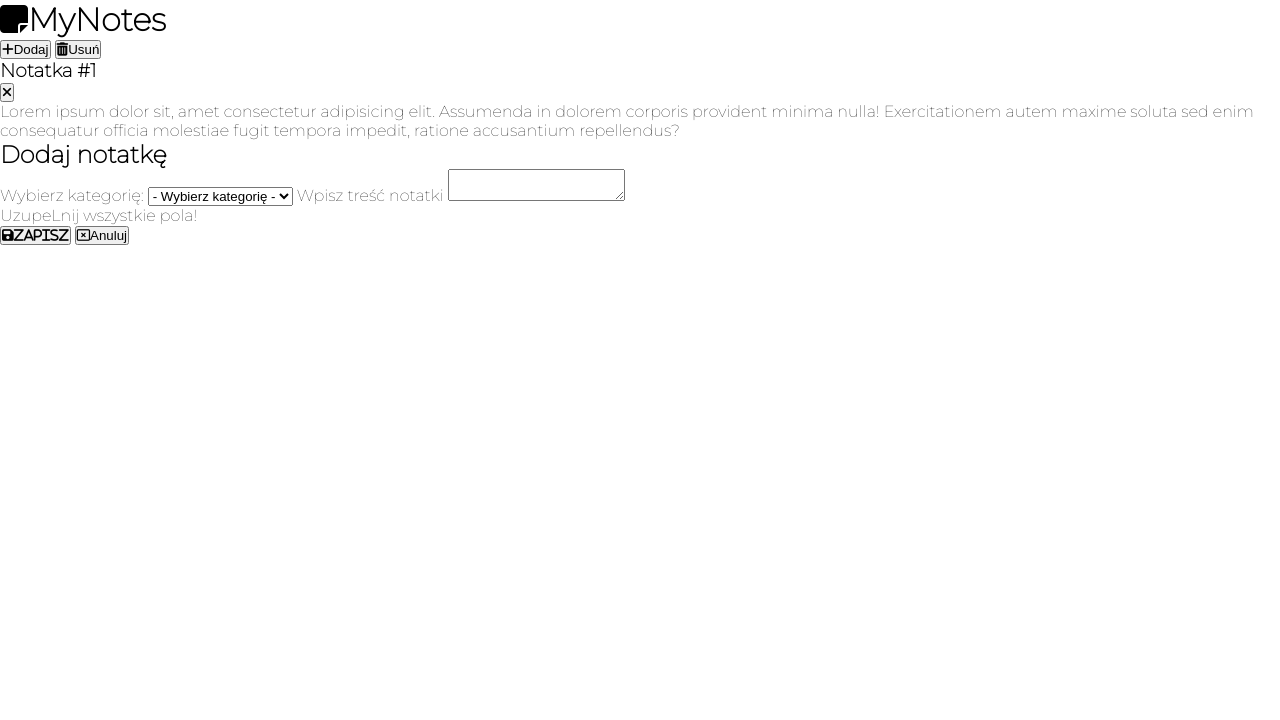
Repository: KrzysKolo/Projekt-7_Notes
Page: js/index.html
These files come from the project's save history. The page is drawn as it stood at one moment and after the next save; the edit follows.
The browser window is 1280 px wide. The pictures show the whole page.
Some web libraries are served in a nearby version.

Above is the page before, as saved 2020-07-07 13:33:50.
Console error: SyntaxError: Unexpected token '<'

After the next save:
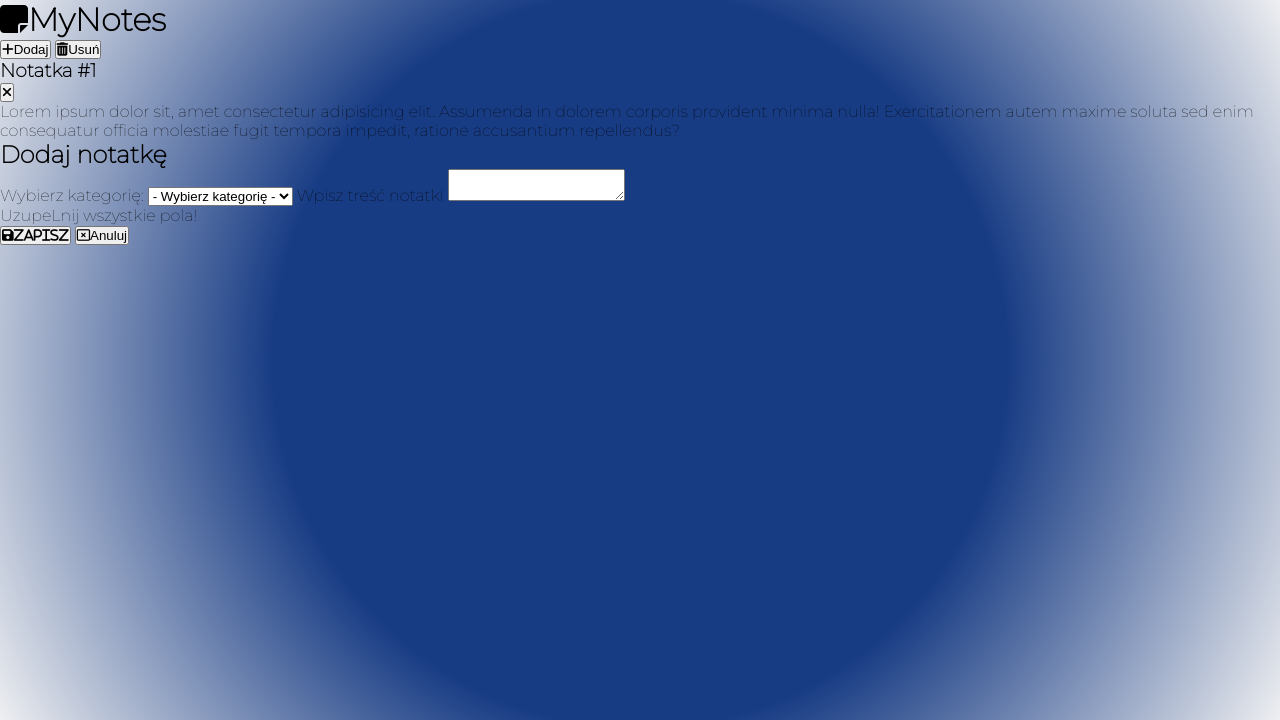
Saved 14 s later.
--- a/css/style.css
+++ b/css/style.css
@@ -8,7 +8,7 @@ body {
   font-family: "Montserrat", sans-serif;
   background-image: radial-gradient(
     circle,
-    rgba(24,60,132,1)) 50%,
+    rgba(24, 60, 132, 1) 50%,
     rgba(238, 239, 241, 1) 100%
   );
 }
